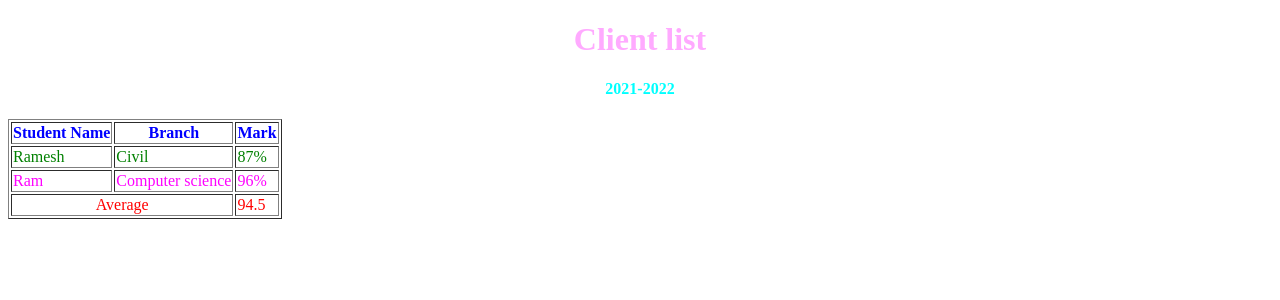
Repository: Balamurugan1914/crud_operation_without_db
Page: html_example/src/main/webapp/client.html
These files come from the project's save history. The page is drawn as it stood at one moment and after the next save; the edit follows.
The browser window is 1280 px wide. The pictures show the whole page.

Above is the page before, as saved 2022-06-22 11:56:57.

### html_example/src/main/webapp/client.html
<!DOCTYPE html>
<html>
<head>
<meta charset="UTF-8">
<title>Client List</title>



<link href="style/mycssfilestyle.css" type="text/css" rel="stylesheet">
<style type="text/css">
h1 {

	color: #ffAAff;
}
</style>
</head>
<body>

<h1 class="centerText" >Client list</h1>
<h4 class="centerText">2021-2022</h4>

<table  border="1" >
	<thead>
		<tr class="Light" >
			<th>Student Name</th>
			<th>Branch</th>
			<th>Mark</th>
		</tr>
	</thead>
	<tbody>
		<tr class="medium">
			<td>Ramesh</td>
			<td>Civil</td>
			<td>87%</td>
		</tr>
		<tr class="medium1">
			<td>Ram</td>
			<td>Computer science</td>
			<td>96%</td>
		</tr>
	</tbody>
	<tfoot>
		<tr class="dark">
			<td colspan="2" class="centerText">Average</td>
			<td>94.5</td>
		</tr>
	</tfoot>
</table>

</body>
</html>

### html_example/src/main/webapp/style/mycssfilestyle.css
@charset "UTF-8";

h4{
	text-align: center;
	color: cyan;
	}

	.centerText{
	text-align: center;

	}

	.Light{

	color: blue

	}

	.medium{

	color: green

	}
	.medium1{

	color: magenta

	}
	.dark{

	color: red

	}

After the next save:
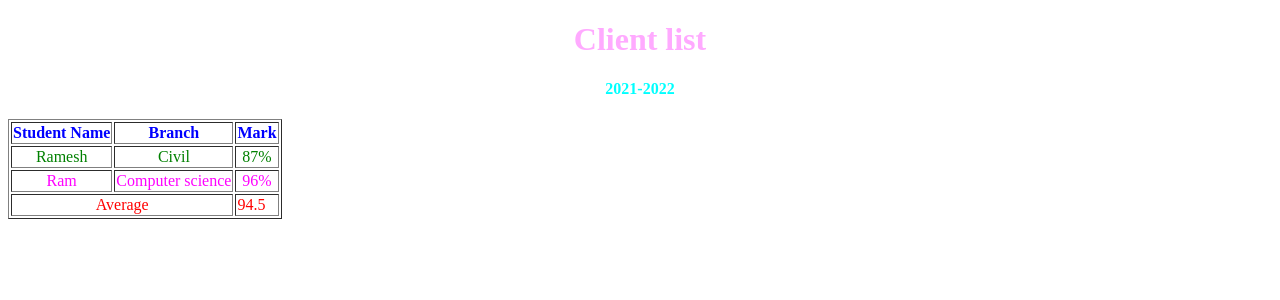
Saved 2 min 56 s later.
--- a/html_example/src/main/webapp/client.html
+++ b/html_example/src/main/webapp/client.html
@@ -27,7 +27,7 @@ h1 {
 			<th>Mark</th>
 		</tr>
 	</thead>
-	<tbody>
+	<tbody align="center">
 		<tr class="medium">
 			<td>Ramesh</td>
 			<td>Civil</td>
